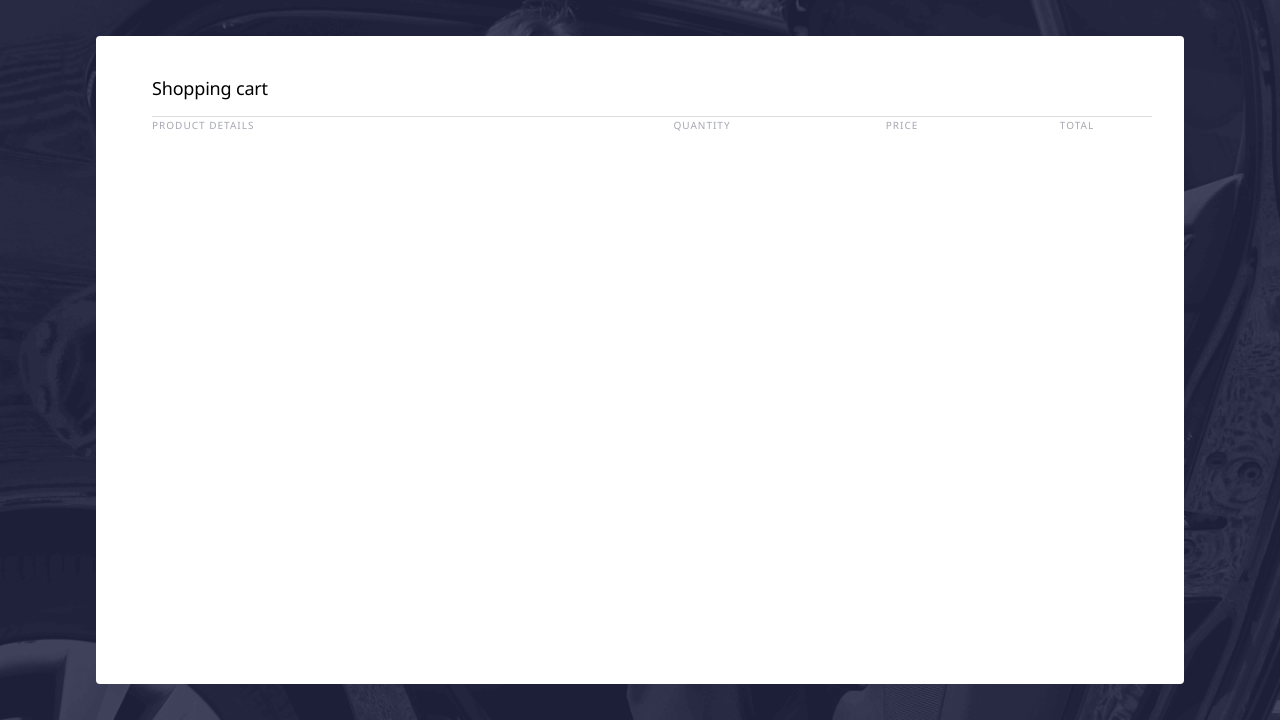
Repository: banchiec/challengecbfy
Page: /
The author's editor kept a copy of each file at every save. The page is drawn from the files as they stood at one save, then again after the next save.
The browser window is 1280 px wide. The pictures show the whole page.
The project was rebuilt for these pictures with package versions that can differ from the ones it lists, and the page was loaded fresh each time. Also part of the build but not shown: craco.config.js, src/components/CartString/CartString.js.

Above is the page before, as saved 2021-12-08 16:49:46.

After the next save:
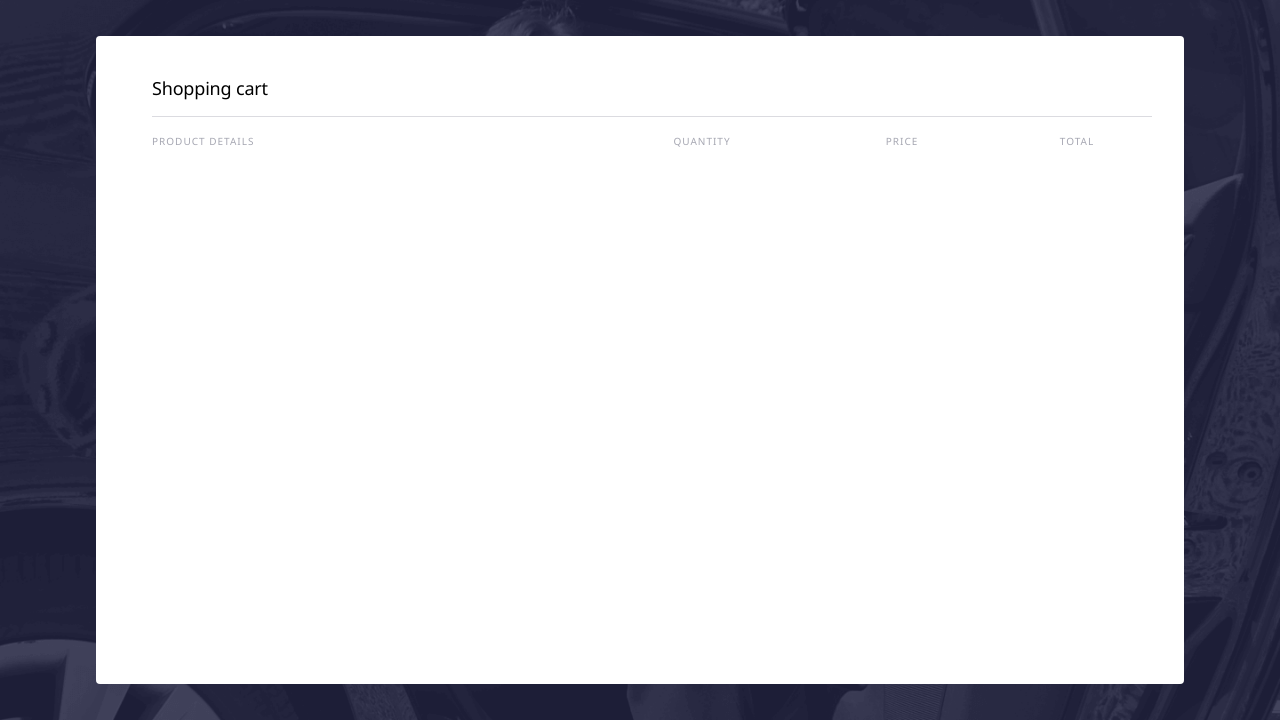
Saved 16 s later.
--- a/src/components/shoppingCart/ShoppingCart.js
+++ b/src/components/shoppingCart/ShoppingCart.js
@@ -7,7 +7,7 @@
     return (
         <ContainerShoppingCart>
             <h1 className="">Shopping cart</h1>
-            <ul className="">
+            <ul className="mt-4">
                 <li className="products-list-title row">
                     <div className="col-product">Product details</div>
                     <div className="col-quantity">Quantity</div>
